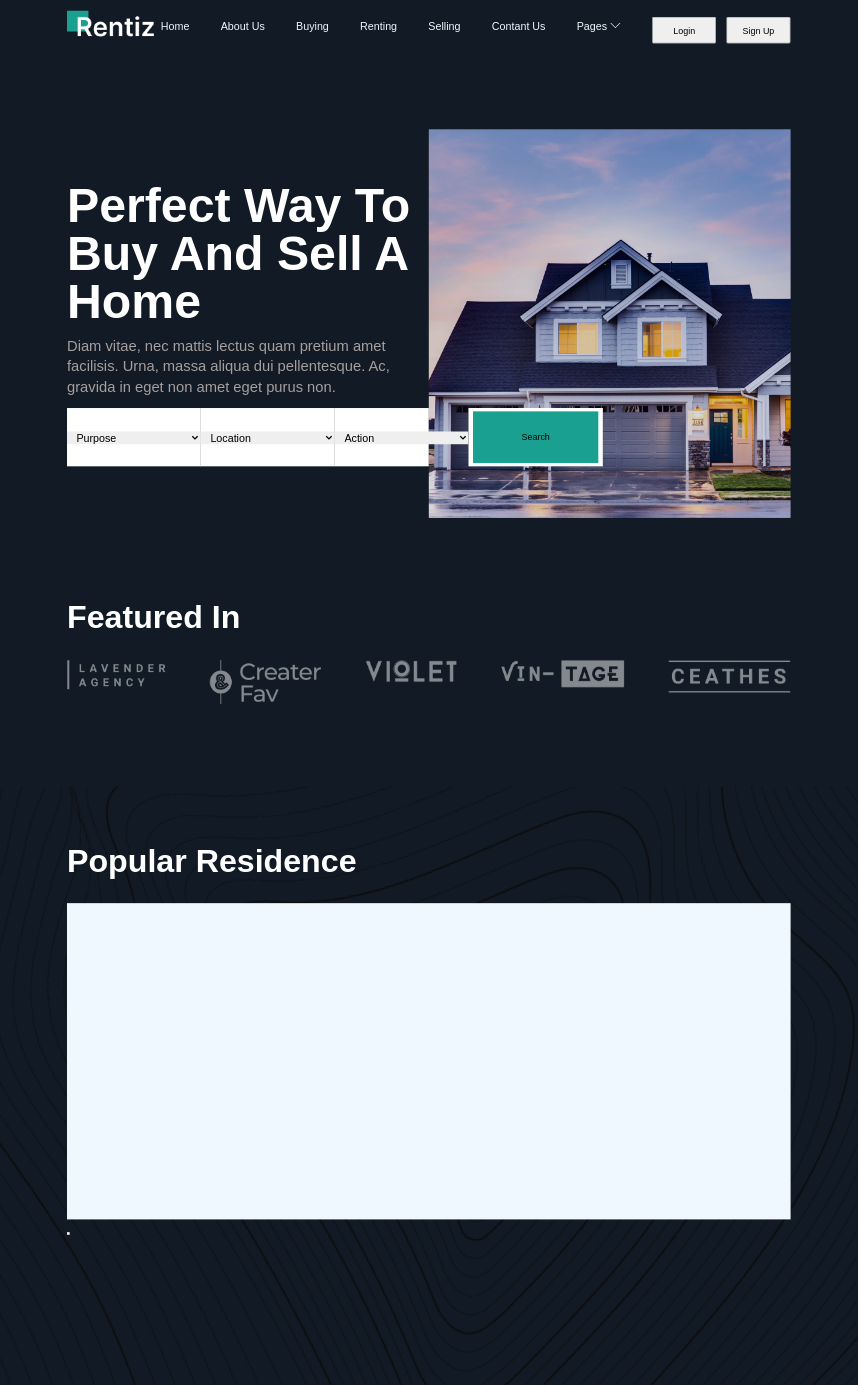
Repository: tung1233hhhhhhhhhhhhh/WebClone-Home
Page: index.html
These files come from the project's save history. The page is drawn as it stood at one moment and after a run of saves; the edit follows.
The browser window is 1280 px wide. The pictures show the whole page, at 67% of full size.

Above is the page before, as saved 2023-05-23 20:17:04.

### index.html
<!DOCTYPE html>
<html lang="en">

<head>
    <meta charset="UTF-8">
    <meta http-equiv="X-UA-Compatible" content="IE=edge">
    <meta name="viewport" content="width=device-width, initial-scale=1.0">
    <title>Document</title>
    <link rel="stylesheet" href="./assets/css/main.css">
    <link rel="stylesheet" href="./assets/css/root.css">
    <link rel="stylesheet" href="./assets/fonts/themify-icons/themify-icons.css">
</head>

<body>
    <div id="hearder">
        <div class="nav">
            <div class="nav-brand">
                <img src="./assets/img/logo.png" alt="">
            </div>
            <ul class="nav-list">
                <li><a href="">Home</a></li>
                <li><a href="">About Us</a></li>
                <li><a href="">Buying</a></li>
                <li><a href="">Renting</a> </li>
                <li><a href="">Selling</a> </li>
                <li><a href="">Contant Us</a> </li>
                <li><a href="">Pages
                        <i class="ti-angle-down"></i>
                    </a> </li>
                <li><button class="nav-btn-login">Login</button></li>
                <li><button class="nav-btn-signup">Sign Up</button></li>
            </ul>
        </div>
    </div>

    <!--billboard  -->

    <div id="billboard">
        <div class="container">
            <div class="main">
                <div class="billboard-text">
                    <h1>Perfect Way To Buy And Sell A Home</h1>
                    <p>Diam vitae, nec mattis lectus quam pretium amet facilisis. Urna, massa aliqua dui pellentesque.
                        Ac, gravida in eget non amet eget purus non.</p>
                    <div class="navbar-billboard">
                        <div class="container-billboard">

                            <div class="billboard-select">
                                <select name="" id="" class="form-select">
                                    <option value="">Purpose</option>
                                    <option value="">Buy</option>
                                    <option value="">Action</option>
                                    <option value="">Something else here</option>
                                </select>
                            </div>
                            <div class="billboard-select">
                                <select name="" id="" class="form-select">
                                    <option value="">Location</option>
                                    <option value="">Action</option>
                                    <option value="">Another action</option>
                                    <option value="">Something else here</option>
                                </select>
                            </div>
                            <div class="billboard-select">
                                <select name="" id="" class="form-select">
                                    <option value="">Action</option>
                                    <option value="">Another action</option>
                                    <option value="">Something else here</option>
                                    <option value="">Type</option>
                                </select>
                            </div>
                            <div class="billboard-btn">
                                <button class="btn-select">Search</button>
                            </div>
                        </div>
                    </div>
                </div>

                <div class="billboard-img"></div>

            </div>
        </div>
    </div>

    <!-- feature -->

    <div id="feature">
        <div class="container">
            <div class="feature-row">
                <h2>Featured In</h2>
            </div>
            <div class="feature-row row-logo">
                <div class="feature-logo">
                    <img src="./assets/img/logo1.png" alt="">
                </div>
                <div class="feature-logo">
                    <img src="./assets/img/logo2.png" alt="">
                </div>
                <div class="feature-logo">
                    <img src="./assets/img/logo3.png" alt="">
                </div>
                <div class="feature-logo">
                    <img src="./assets/img/logo4.png" alt="">
                </div>
                <div class="feature-logo">
                    <img src="./assets/img/logo6.png" alt="">
                </div>
            </div>
        </div>
    </div>

    <!-- residence -->

    <div id="residence">
        <div class="container">
            <h2 class="text-residence">Popular Residence</h2>
            <div class="btn-next"></div>
            <div class="btn-prev"></div>
            <div class="residence-content">
                <div class="wrapper-residence">
                    <div class="box-slide">
                        <div class="card">
                            <img src="" alt="">
                            <div class="card-text"></div>
                        </div>
                    </div>
                </div>
            </div>
            <div class="residence-btt">
                <button></button>
            </div>
        </div>
    </div>
</body>

</html>

### assets/css/main.css
* {
    margin: 0;
    padding: 0;
    box-sizing: border-box;
}

body {
    font-family: 'Work Sans', sans-serif;
    font-weight: 400;
    font-size: 19px;
    line-height: 1.6em;
    color: var(--body-text-color);
    background-color: var(--dark-color);
}


#hearder {
    width: 100%;
    height: 73px;
    padding: 8px 0;
}

#hearder .nav {
    max-width: 1536px;
    height: 73px;
    margin: 0 100px;
    display: flex;
    justify-content: space-between;
    align-items: center;
    z-index: 10;
}

#hearder .nav-brand {
    display: inline;
}

#hearder .nav-list {
    display: flex;
    flex-direction: row;
    width: 965px;
    justify-content: space-between;
}

#hearder .nav-list li {
    display: flex;
    flex-direction: row;
    list-style: none;
    padding: 8px;
    margin-right: 24px;
}

#hearder li a {
    text-decoration: none;
    font-size: 16px;
    color: aliceblue;
}

#hearder .nav-list button {
    width: 96px;
    height: 40px;
    padding: 12px 6px;
    margin-right: -32px;
}

/* billboard */

#billboard {
    width: 100%;
    height: 586px;
    margin-top: 120px;
    margin-bottom: 80px;
}

#billboard .container {
    height: 100%;
    margin: 0 100px;
}

#billboard .main {
    display: flex;
    flex-direction: row;
    justify-content: space-between;
    align-items: center;
}

#billboard .main .billboard-text {
    width: 50%;
}

#billboard .billboard-text h1 {
    text-transform: capitalize !important;
    line-height: 1;
    margin-bottom: 1rem;
    font-size: 72px;
}

#billboard .billboard-text p {
    font-size: 22px;
    font-weight: 300;
    font-family: 'Work Sans', sans-serif;
    color: var(--light-text-color);
    margin-bottom: 1rem;
}

#billboard .navbar-billboard {
    /* min-width: 782px; */
    display: flex;
    justify-content: space-between;
    padding: 0;
    background: #fff;
}

#billboard .navbar-billboard .container-billboard {
    display: flex;
    flex-wrap: inherit;
    align-items: center;
    justify-content: space-between;
    width: 860px;
    height: 87px;
    z-index: 1;
}

.navbar-billboard .form-select {
    border: none;
    width: 100%;
    padding: 0 10px;
    font-size: 1rem;
    font-weight: 400;
}

.navbar-billboard .billboard-select,
.billboard-btn {
    height: 100%;
    border-right: 1px solid #ccc;
    line-height: 87px;
    width: 200px;
}

.navbar-billboard .billboard-btn {
    height: 100%;
    background-color: #fff;
}

.navbar-billboard .billboard-btn .btn-select {
    border: none;
    width: 94%;
    height: 89%;
    background-color: var(--accent-color);
    margin-left: 6px;
    transform: translateY(-2px);
}

#billboard .main .billboard-img {
    background: url("/assets/img/pexels-binyamin-mellish-106399\ 2.png") center / cover no-repeat;

    width: 636px;
    height: 580px;
}

/* feature */

#feature {
    height: 267px;

}

#feature .container {
    padding-top: 3rem !important;
    padding-bottom: 3rem !important;
    display: flex;
    flex-direction: column;
    margin-left: 100px;
    margin-right: 100px;
    height: 100%;
}

#feature .container .row-logo {
    display: flex;
    flex-direction: row;
    justify-content: space-between;

}

#feature .feature-row h2 {
    font-family: 'Work Sans', sans-serif;
    font-weight: 600;
    color: var(--body-text-color);
    font-size: 48px;
    margin-bottom: 48px;
}


#residence {
    width: 100%;
    height: 893px;
    background: url("/assets/img/residence.png") center / cover no-repeat;
    position: relative;
}

#residence .container {
    padding-top: 3rem !important;
    padding-bottom: 3rem !important;
    margin-top: 3rem !important;
    margin-bottom: 3rem !important;
    margin-left: 100px;
    margin-right: 100px;

}

#residence .container .text-residence {
    padding-top: 3rem !important;
    padding-bottom: 3rem !important;
    text-transform: capitalize;
    font-size: 48px;
    font-family: 'Work Sans', sans-serif;
    font-weight: 600;
    color: var(--body-text-color);
}

#residence .wrapper-residence {
    width: 100%;
    background-color: aliceblue;
    height: 472px;
    display: flex;
    position: relative;
    z-index: 1;
    margin: 0 auto;
}

.wrapper-residence .box-slide {
    width: 412px;
    margin-right: 30px;
}

### assets/css/root.css
:root {
    --accent-color: #1AA090;
    --dark-color: #121B25;
    --grey-color: #83898F;
    --body-text-color: #FFFFFF;
    --light-text-color: #a69f9f;
    --link-color: #092035;
}

Loaded but not shown: assets/fonts/themify-icons/themify-icons.css (common file)

After the next 2 saves:
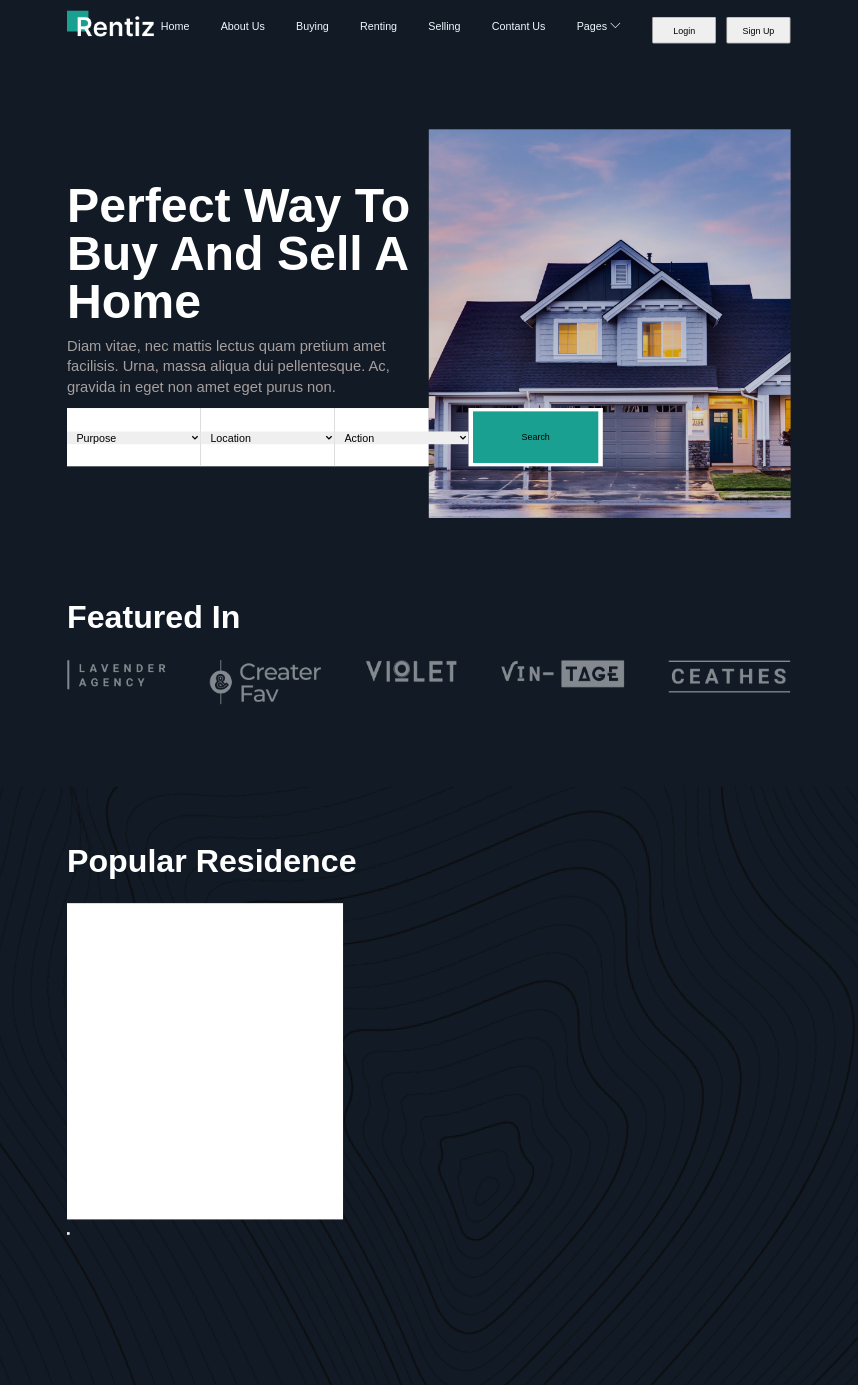
The 2 saves are shown as one change because they came seconds apart.
The last was saved 24 s later.
--- a/assets/css/main.css
+++ b/assets/css/main.css
@@ -219,7 +219,6 @@ body {
 
 #residence .wrapper-residence {
     width: 100%;
-    background-color: aliceblue;
     height: 472px;
     display: flex;
     position: relative;
@@ -230,4 +229,6 @@ body {
 .wrapper-residence .box-slide {
     width: 412px;
     margin-right: 30px;
-}
+    height: 100%;
+    background-color: #fff;
+}
